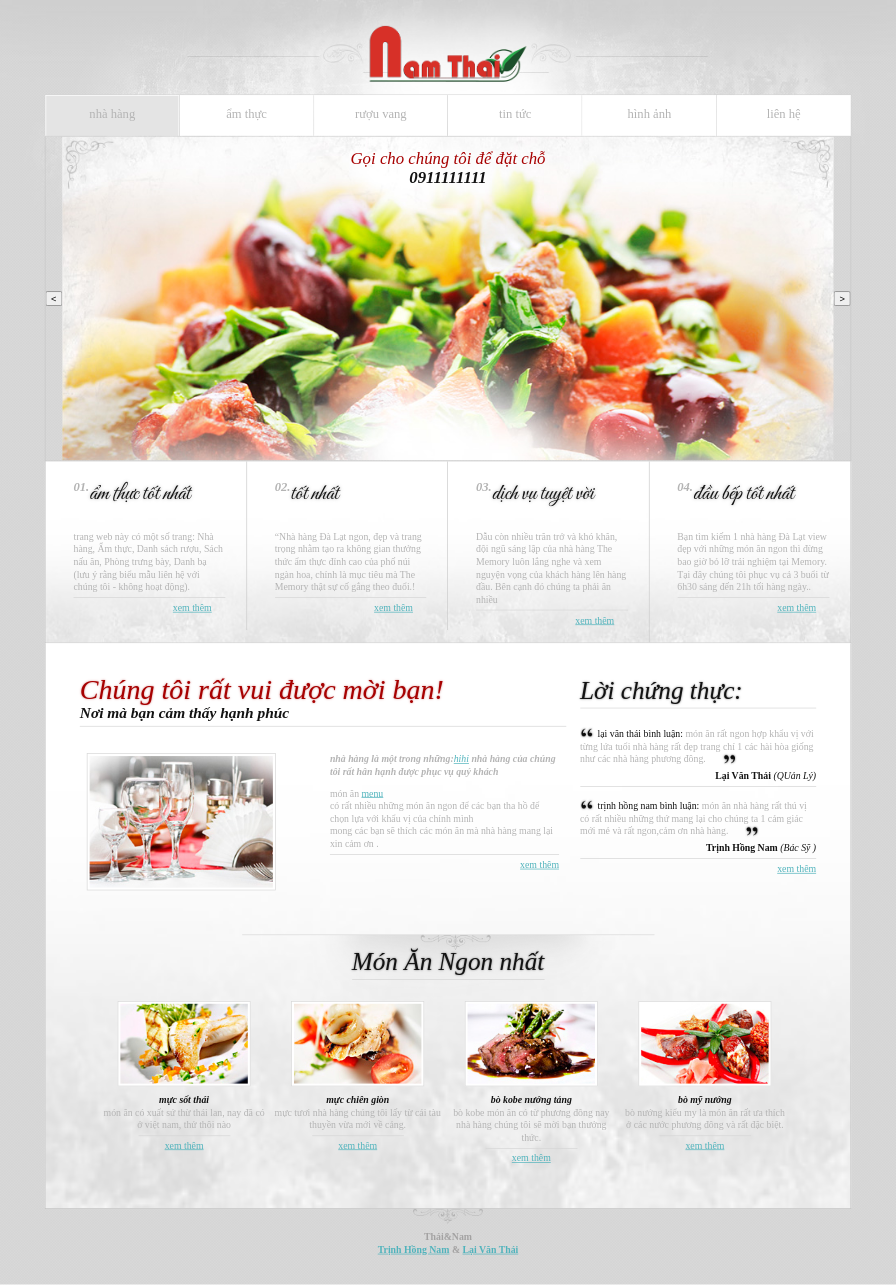
Repository: thaiLVT/DoAnThucTapNamThai
Page: index.html
An editor plug-in stored every save of this project. The page is shown before and after the next save, followed by the edit.
The browser window is 1280 px wide. The pictures show the whole page, at 70% of full size.

Above is the page before, as saved 2022-04-25 04:15:38.

After the next save:
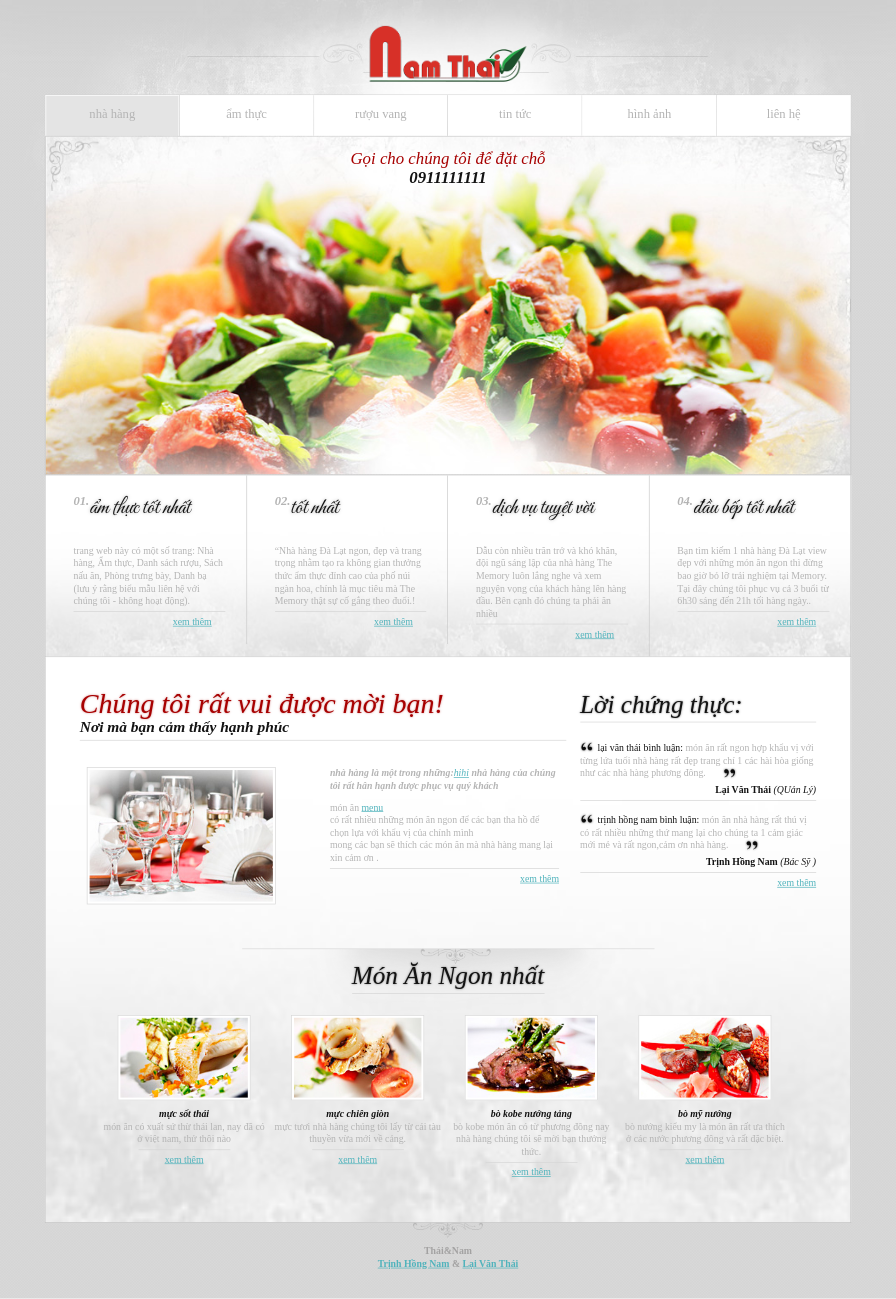
Saved 2 min 26 s later.
--- a/css/style.css
+++ b/css/style.css
@@ -406,10 +406,14 @@ ul#slider {
 
 button#prev {
     order: 1;
+    position: absolute;
+    left: 0;
 }
 
 button#next {
     order: 3;
+    position: absolute;
+    right: 0;
 }
 
 .phone-number {
